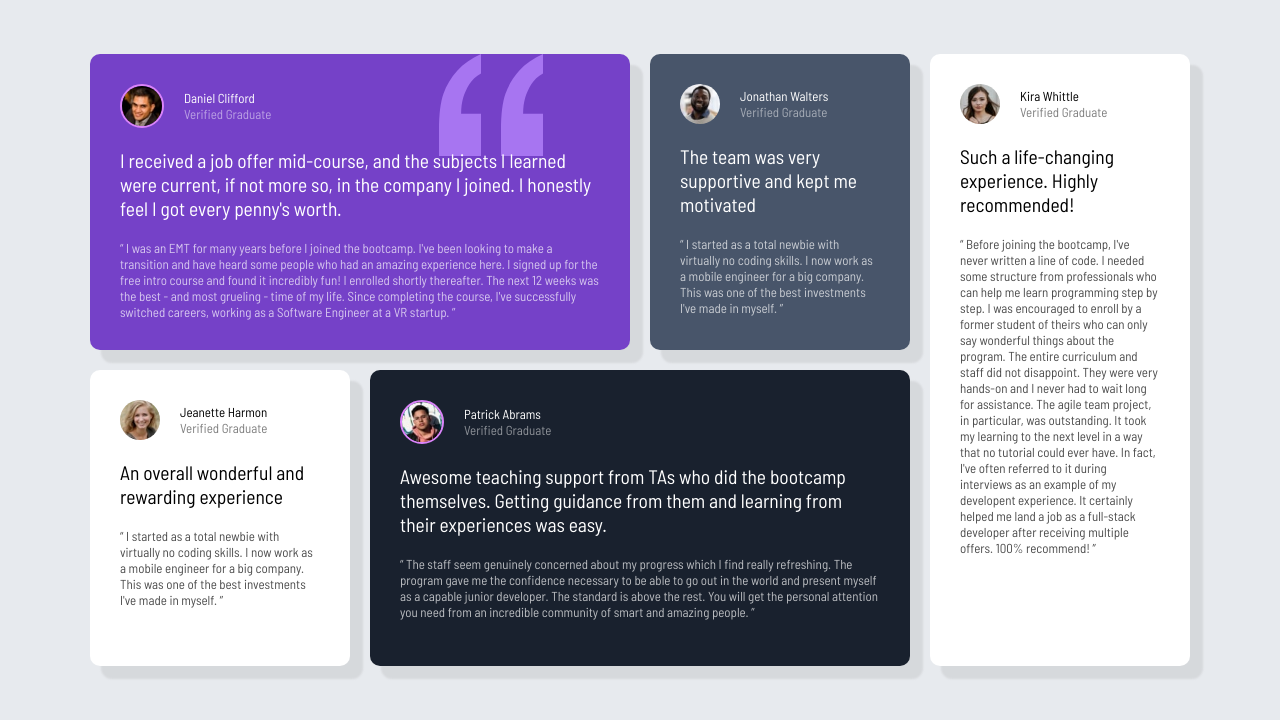
Repository: DiyBookOfLife/ps-FrontendMentor
Page: index.html
These files come from the project's save history. The page is drawn as it stood at one moment and after a run of saves; the edit follows.
The browser window is 1280 px wide. The pictures show the whole page.

Above is the page before, as saved 2026-01-02 13:03:15.

After the next 2 saves:
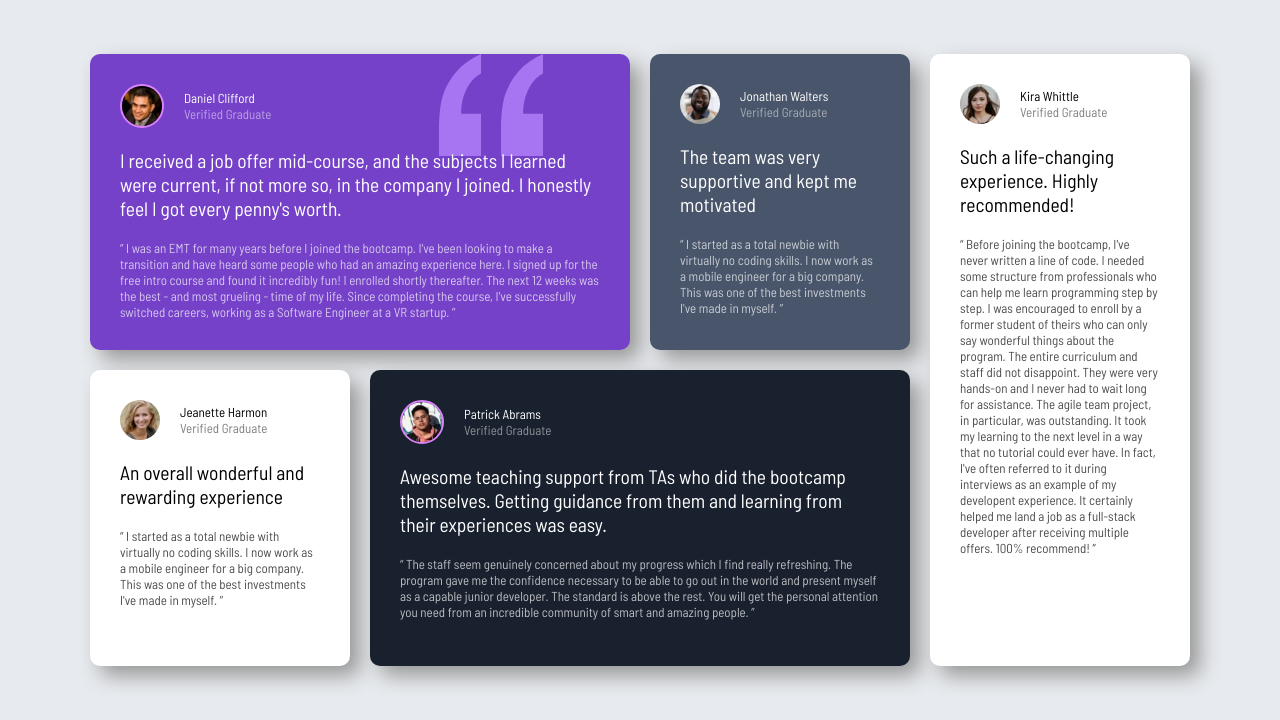
The 2 saves are shown as one change because they came seconds apart.
The last was saved 6 s later.
--- a/styles.css
+++ b/styles.css
@@ -28,7 +28,7 @@
 .card {
     border-radius: 10px;
     padding: 30px;
-    box-shadow: 12px 12px 2px 1px rgba(149, 149, 150, 0.2);
+    box-shadow:  10px 10px 20px #999;;
 }
 
 #daniel_card {
